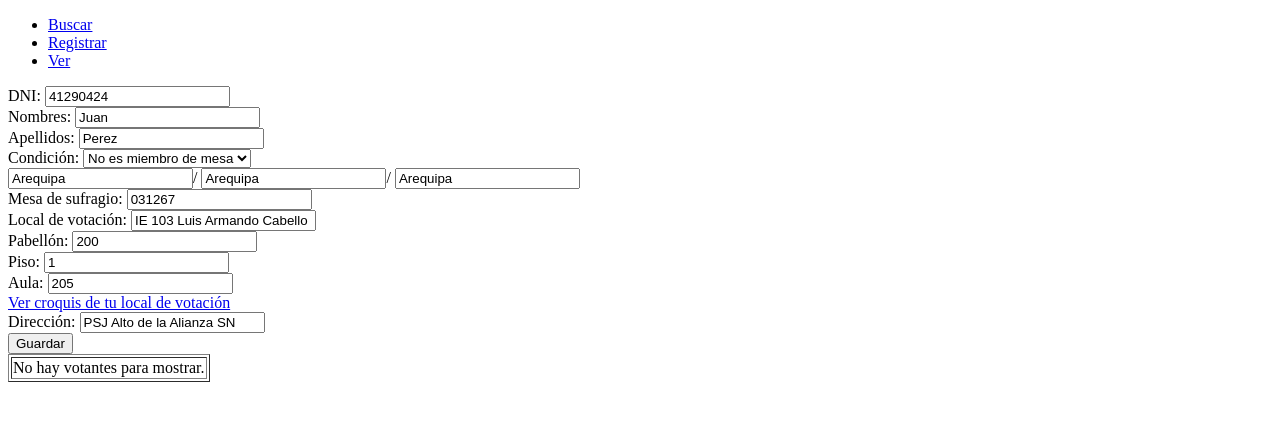
Repository: quino22/ulasalle
Page: http://localhost/lab03-70391273/votantes.jsp
These files come from the project's save history. The page is drawn as it stood at one moment and after the next save; the edit follows.
The browser window is 1280 px wide. The pictures show the whole page.
The page is served by Tomcat 9.

Above is the page before, as saved 2016-11-07 15:20:27.

After the next save:
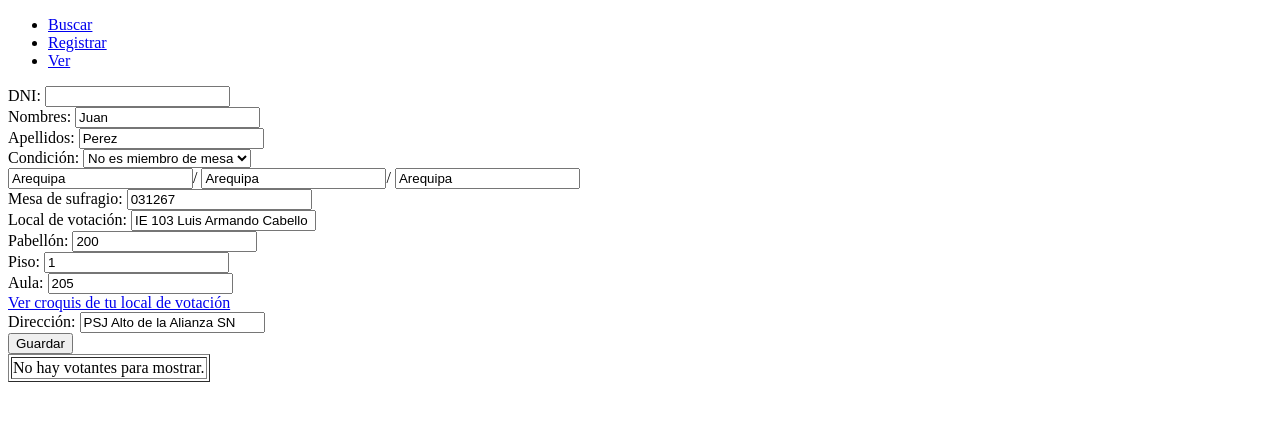
Saved 17 s later.
--- a/lab03-70391273/war/votantes.jsp
+++ b/lab03-70391273/war/votantes.jsp
@@ -20,7 +20,7 @@
 </ul>
 
 <form name="editarForm" method="post" action="editarServlet">
-<label>DNI: </label><input type="text" name="dni" value="41290424" /> <br />
+<label>DNI: </label><input type="text" name="dni" value="<%%>" /> <br />
 <label>Nombres: </label><input type="text" name="nombres" value="Juan" /> <br />
 <label>Apellidos: </label><input type="text" name="apellidos" value="Perez" /> <br />
 <label>Condición: </label><select name="miembro">
